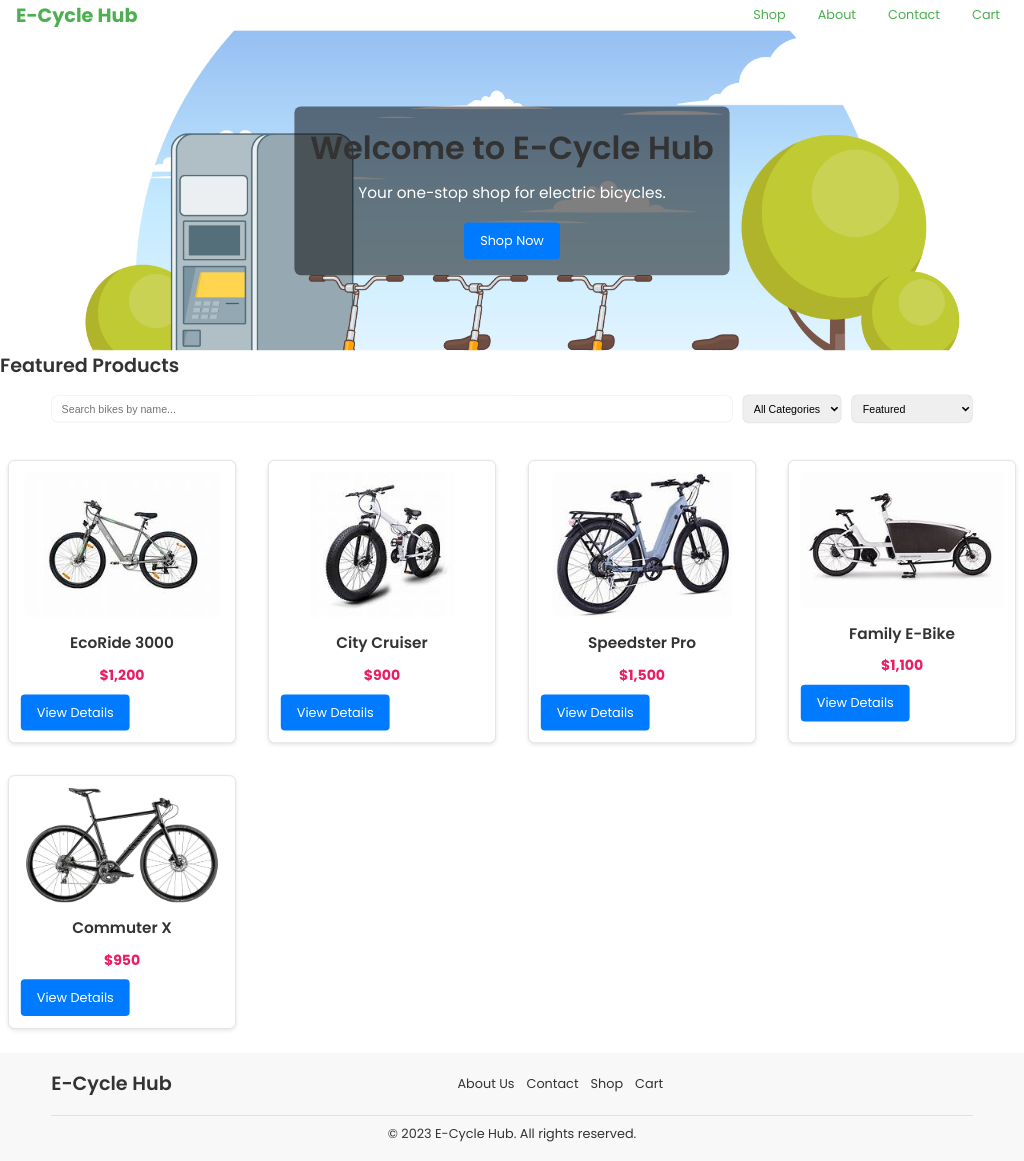
Repository: Rutuja-g/E-Cycle-Hub
Page: public/index.html
An editor plug-in stored every save of this project. The page is shown before and after the next save, followed by the edit.
The browser window is 1280 px wide. The pictures show the whole page, at 80% of full size.

Above is the page before, as saved 2025-10-24 15:42:22.

After the next save:
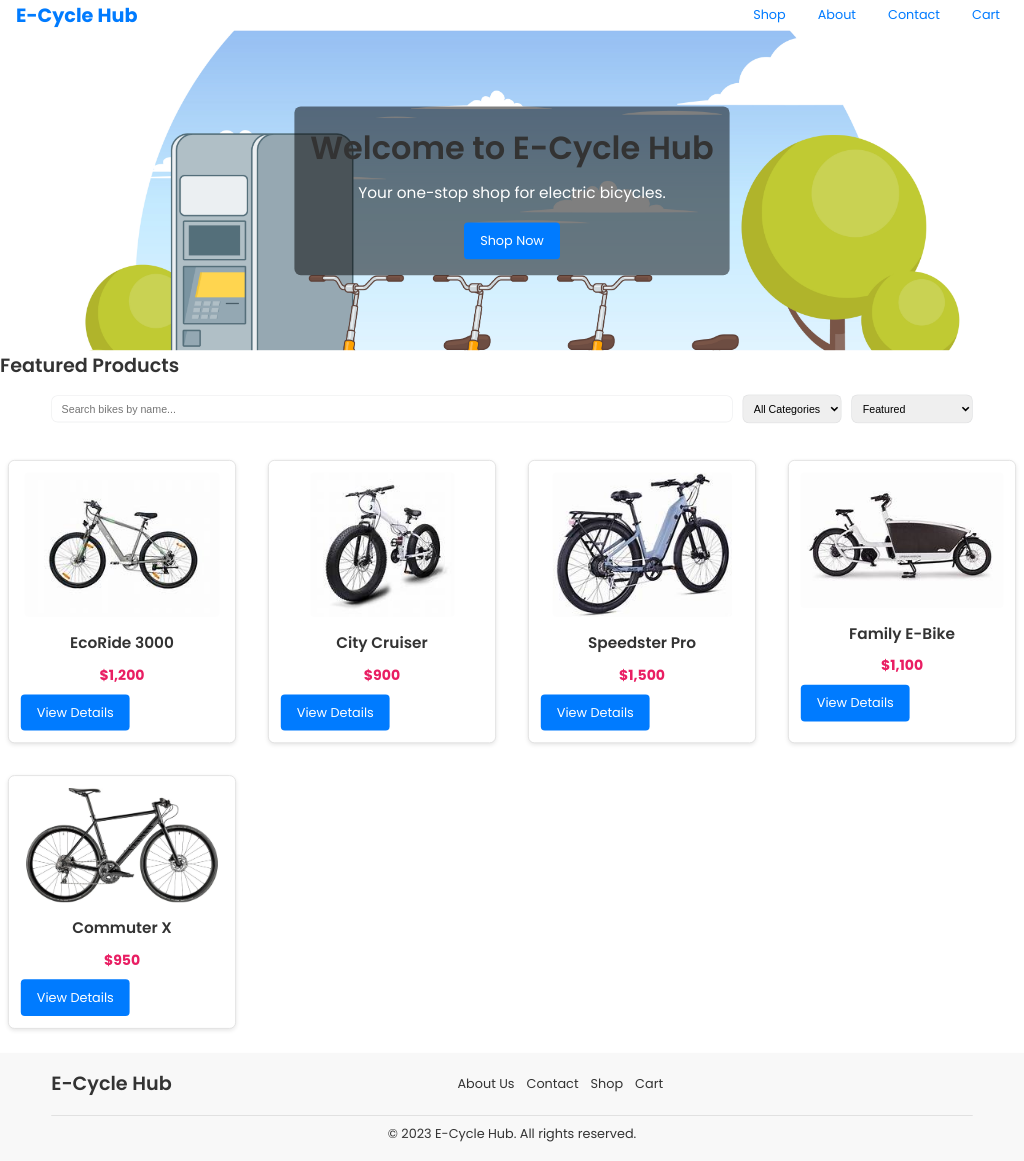
Saved 7 s later.
--- a/public/css/main.css
+++ b/public/css/main.css
@@ -22,12 +22,12 @@ h6 {
 
 a {
   text-decoration: none;
-  color: var(--link-color, #4caf50);
-  transition: color 0.3s ease;
+  color: var(--primary-color);
+  transition: var(--transition);
 }
 
 a:hover {
-  color: var(--link-hover-color, #388e3c);
+  color: var(--secondary-color);
 }
 
 /* Layout styles */
